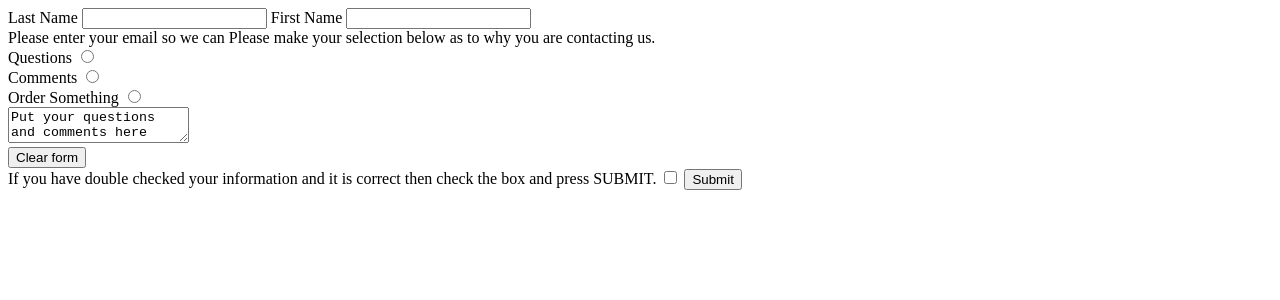
Repository: nsisk1/web-page-project
Page: contact-us.html
These files come from the project's save history. The page is drawn as it stood at one moment and after a run of saves; the edit follows.
The browser window is 1280 px wide. The pictures show the whole page.

Above is the page before, as saved 2024-07-14 10:02:53.

After the next 3 saves:
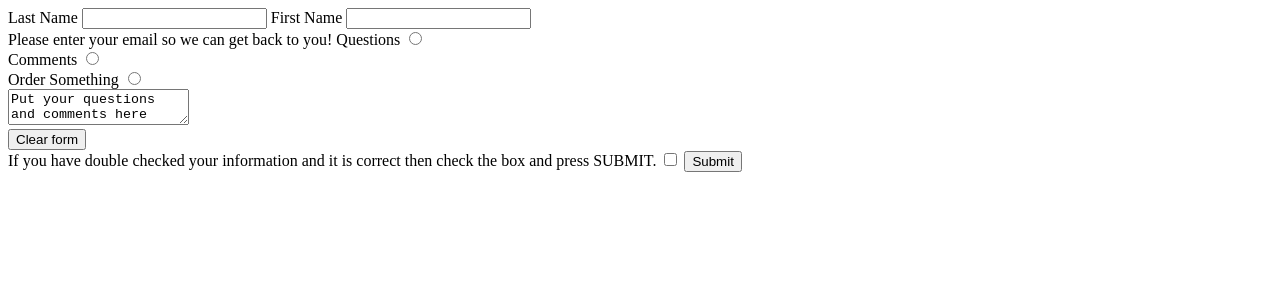
The 3 saves are shown as one change because they came seconds apart.
The last was saved 16 s later.
--- a/contact-us.html
+++ b/contact-us.html
@@ -11,7 +11,7 @@
             <label>First Name
                 <input type="text" name="firstname" required>
             </label><br>
-            Please enter your email so we can
+            Please enter your email so we can get back to you!<in
             Please make your selection below as to why you are contacting us.
             <br>
             Questions
